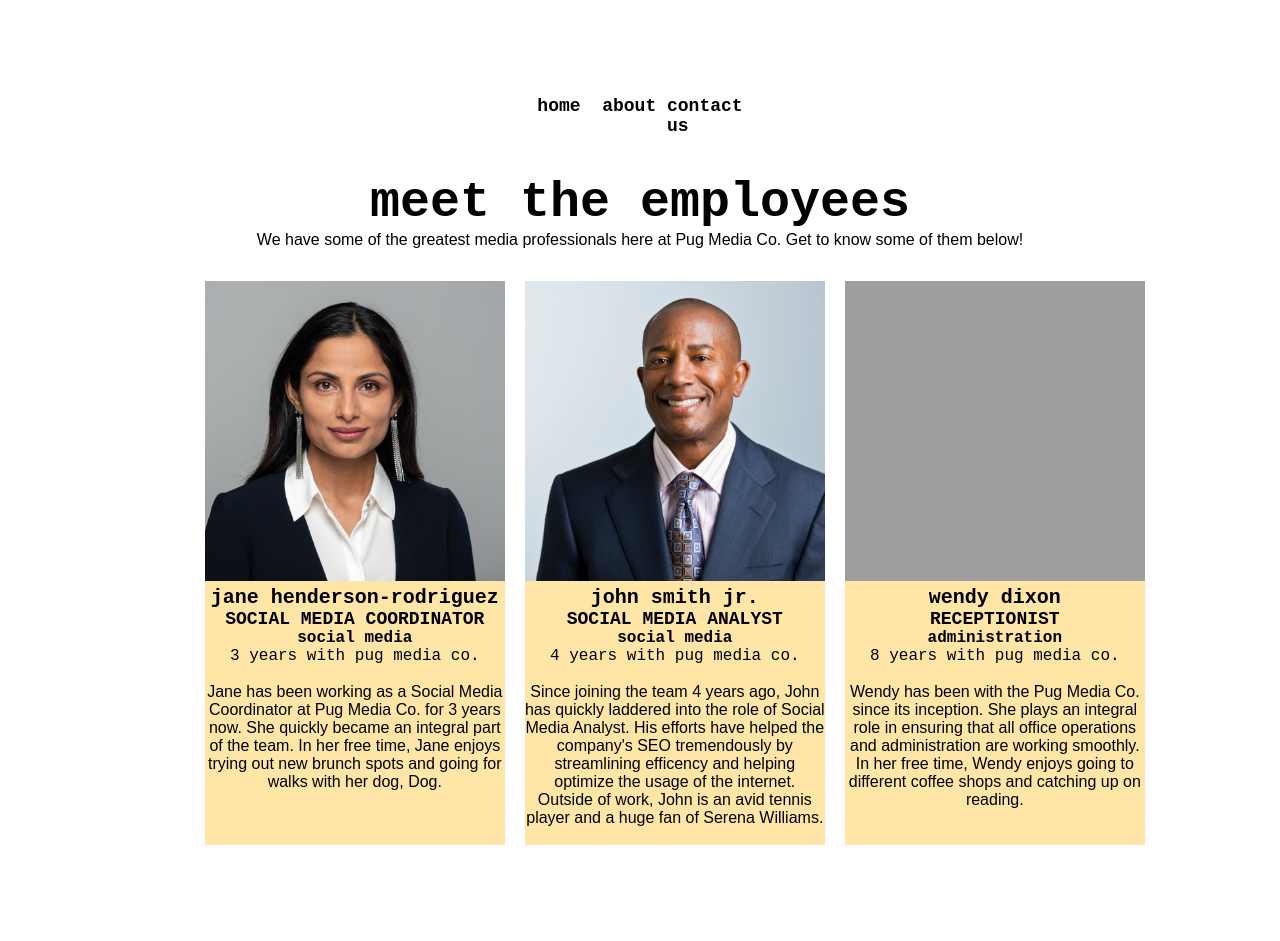
Repository: cheungglenda/MDIA2109-Week3
Page: /about
The author's editor kept a copy of each file at every save. The page is drawn from the files as they stood at one save, then again after the next save.
The browser window is 1280 px wide. The pictures show the whole page.
Pictures or frames that could not be fetched are drawn as grey boxes. The project was rebuilt for these pictures with package versions that can differ from the ones it lists, and the page was loaded fresh each time. The framework's server and built-in components were replaced by stand-ins that run in the browser. Also part of the build but not shown: next.config.js.

Above is the page before, as saved 2023-01-20 12:57:45.

After the next save:
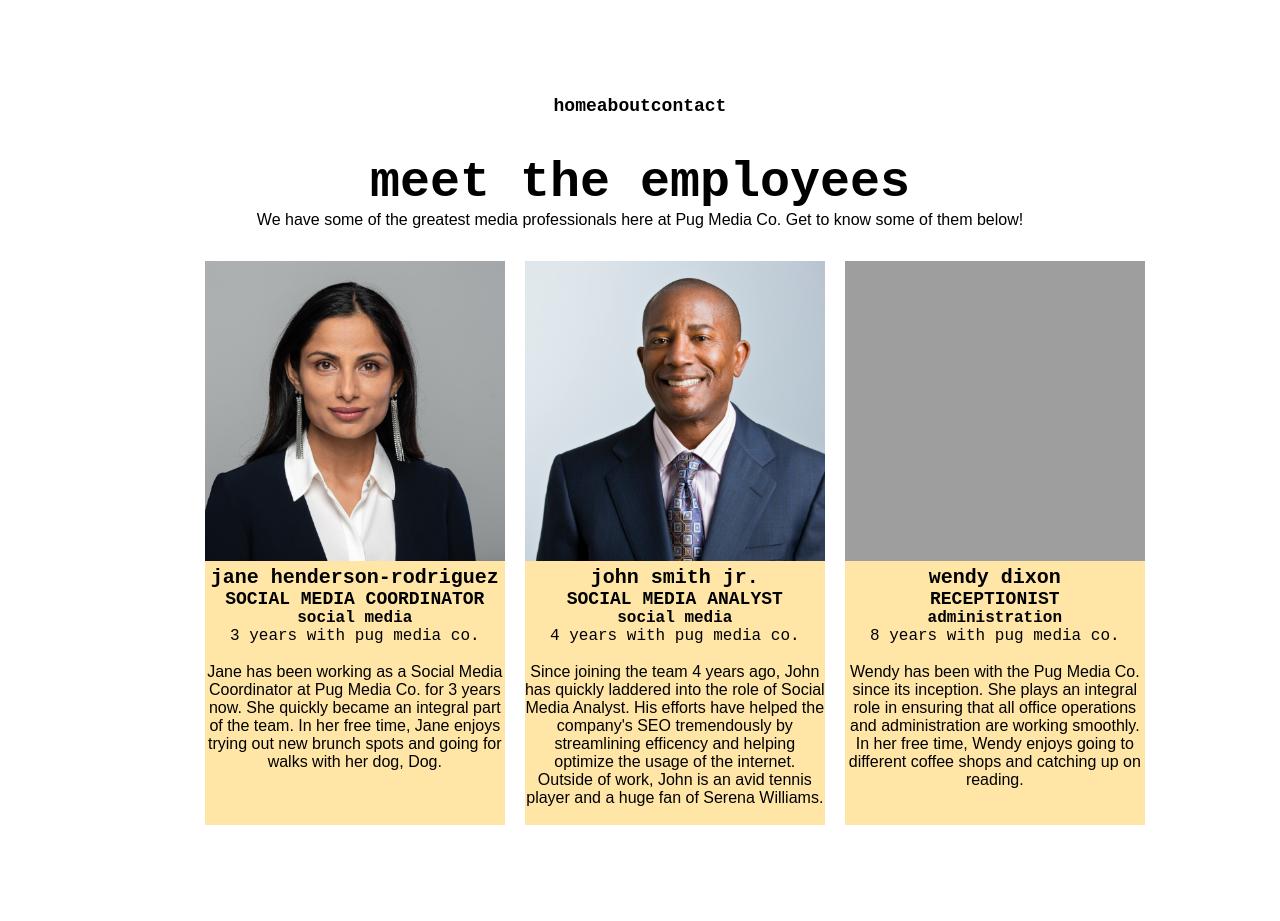
Saved 4 s later.
--- a/pages/about.js
+++ b/pages/about.js
@@ -22,7 +22,7 @@ export default function About() {
         <div className={styles.buttons}>
       <Link href="/" className={styles.links}>Home</Link>
       <Link href="/about" className={styles.links}>About</Link>
-      <Link href="/" className={styles.links}>Contact Us</Link>
+      <Link href="/" className={styles.links}>Contact</Link>
       </div>
 
       <div className={styles.meetTitle}>Meet the Employees</div>
